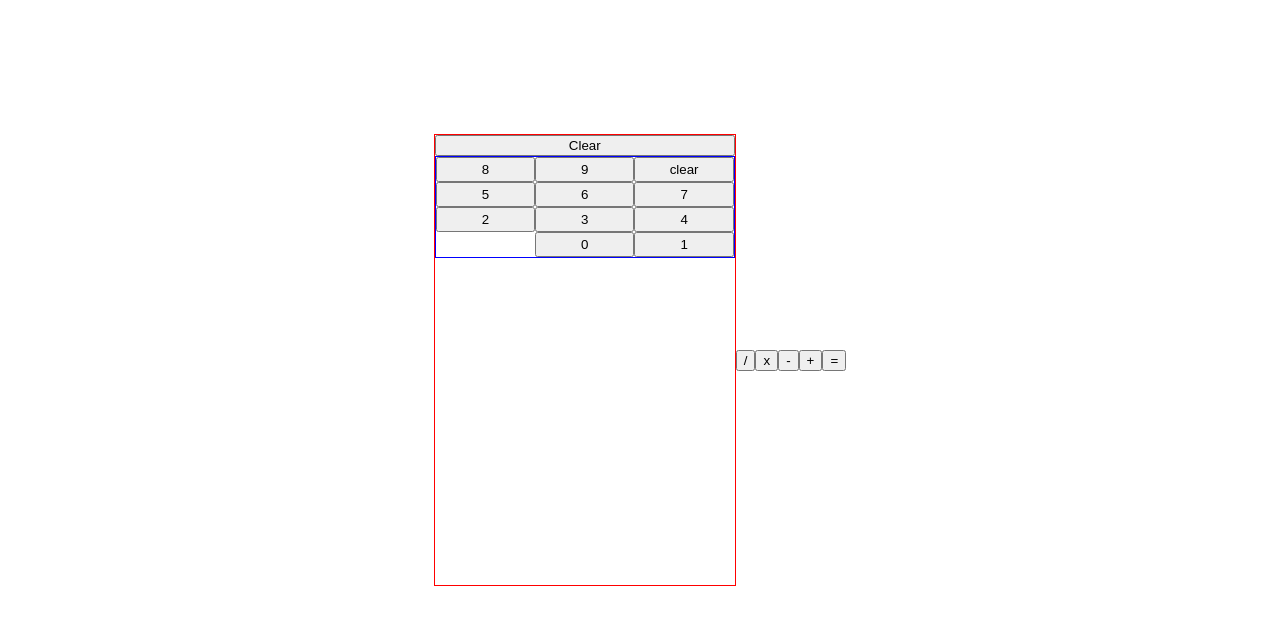
Repository: kocokoy/Calculator
Page: index.html
The author's editor kept a copy of each file at every save. The page is drawn from the files as they stood at one save, then again after the next save.
The browser window is 1280 px wide. The pictures show the whole page.

Above is the page before, as saved 2024-10-22 13:47:37.

After the next save:
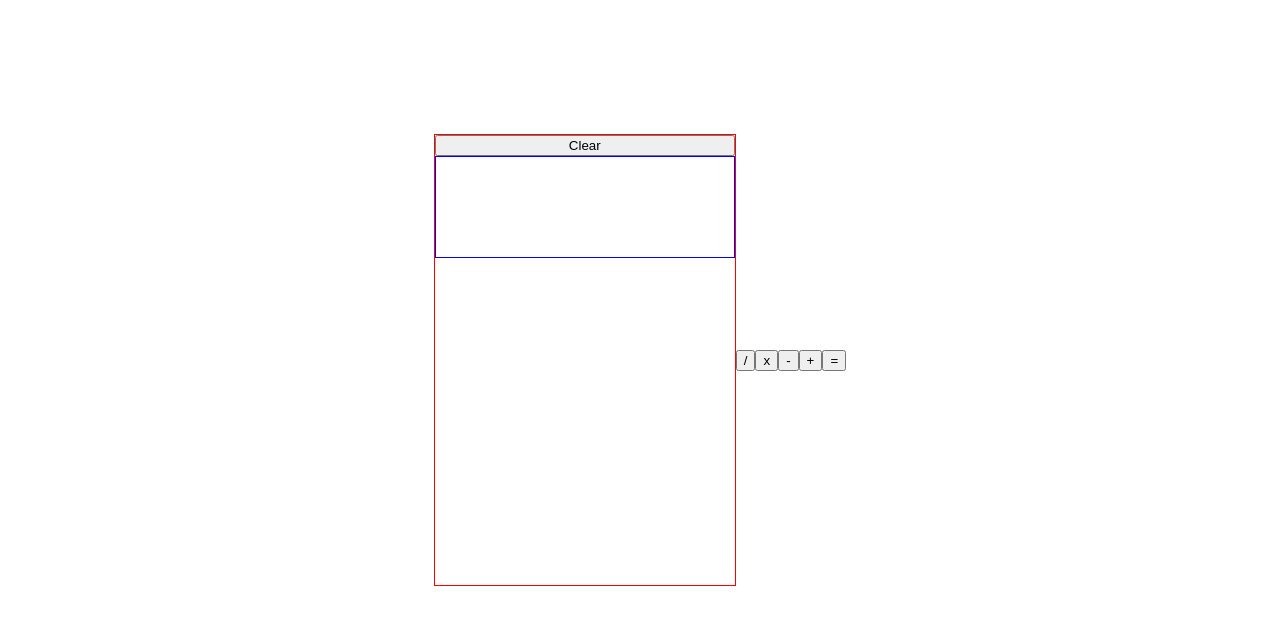
Saved 14 s later.
--- a/script.js
+++ b/script.js
@@ -15,10 +15,10 @@ let html = '';
 
 const descendedNumber = calculatorButton.sort((a,b) => b-a)
 descendedNumber.forEach(num => {
-    const button = document.createElement('button');
-    button.classList.add('number-button');
-    button.textContent = num;
-    numberContainer.appendChild(button);
+    // const button = document.createElement('button');
+    // button.classList.add('number-button');
+    // button.textContent = num;
+    // numberContainer.appendChild(button);
 });
 
 operatorContent.forEach(oper => {
